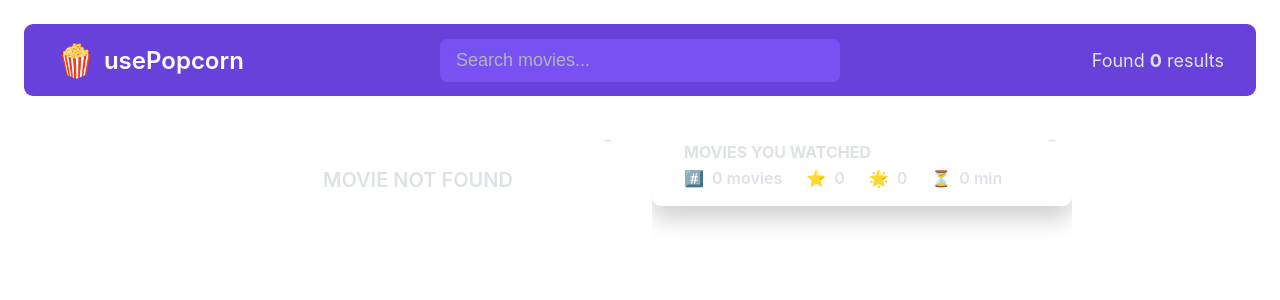
Repository: KRIMOU/usePopCorn
Page: /
An editor plug-in stored every save of this project. The page is shown before and after a run of saves, followed by the edit.
The browser window is 1280 px wide. The pictures show the whole page.
The project was rebuilt for these pictures with package versions that can differ from the ones it lists, and the page was loaded fresh each time. Also part of the build but not shown: src/Movie/Movie.js, src/Star/index.js, src/StarRating/index.js.

Above is the page before, as saved 2024-09-10 22:10:47.

### src/index.js
import React from 'react'
import ReactDOM from 'react-dom/client'
import './index.css'
import App from './App'
import StarRating from './StarRating'

const root = ReactDOM.createRoot(document.getElementById('root'))
root.render(
  <React.StrictMode>
    <App />
  </React.StrictMode>
)

### src/App.js
import { useState, useEffect } from 'react'
import MoviesList from './MoviesList'
import MovieStats from './MovieStats'
import Navbar from './Navbar'
import Button from './Button'
import SearchResults from './SearchResults'
import Search from './Search'
import Movie from './Movie/Movie'

const tempMovieData = [
  {
    imdbID: 'tt1375666',
    Title: 'Inception',
    Year: '2010',
    Poster:
      'https://m.media-amazon.com/images/M/MV5BMjAxMzY3NjcxNF5BMl5BanBnXkFtZTcwNTI5OTM0Mw@@._V1_SX300.jpg',
  },
  {
    imdbID: 'tt0133093',
    Title: 'The Matrix',
    Year: '1999',
    Poster:
      'https://m.media-amazon.com/images/M/MV5BNzQzOTk3OTAtNDQ0Zi00ZTVkLWI0MTEtMDllZjNkYzNjNTc4L2ltYWdlXkEyXkFqcGdeQXVyNjU0OTQ0OTY@._V1_SX300.jpg',
  },
  {
    imdbID: 'tt6751668',
    Title: 'Parasite',
    Year: '2019',
    Poster:
      'https://m.media-amazon.com/images/M/MV5BYWZjMjk3ZTItODQ2ZC00NTY5LWE0ZDYtZTI3MjcwN2Q5NTVkXkEyXkFqcGdeQXVyODk4OTc3MTY@._V1_SX300.jpg',
  },
]

const tempWatchedData = [
  {
    imdbID: 'tt1375666',
    Title: 'Inception',
    Year: '2010',
    Poster:
      'https://m.media-amazon.com/images/M/MV5BMjAxMzY3NjcxNF5BMl5BanBnXkFtZTcwNTI5OTM0Mw@@._V1_SX300.jpg',
    runtime: 148,
    imdbRating: 8.8,
    userRating: 10,
  },
  {
    imdbID: 'tt0088763',
    Title: 'Back to the Future',
    Year: '1985',
    Poster:
      'https://m.media-amazon.com/images/M/MV5BZmU0M2Y1OGUtZjIxNi00ZjBkLTg1MjgtOWIyNThiZWIwYjRiXkEyXkFqcGdeQXVyMTQxNzMzNDI@._V1_SX300.jpg',
    runtime: 116,
    imdbRating: 8.5,
    userRating: 9,
  },
]

export function Box({ children }) {
  const [isOpen1, setIsOpen1] = useState(true)
  return (
    <div className="box">
      <Button onClickFunction={() => setIsOpen1((open) => !open)}>
        {isOpen1 ? '–' : '+'}
      </Button>
      {children}
    </div>
  )
}

export function BoxWatched({ children }) {
  const [isOpen2, setIsOpen2] = useState(true)

  return (
    <div className="box">
      <Button onClickFunction={() => setIsOpen2((open) => !open)}>
        {isOpen2 ? '–' : '+'}
      </Button>
      {isOpen2 && <>{children}</>}
    </div>
  )
}

export function Main({ children }) {
  return <main className="main">{children}</main>
}

const KEY = '12c1fdba'
export default function App() {
  const [query, setQuery] = useState('')
  const [movies, setMovies] = useState([])
  const [watched, setWatched] = useState([])
  const [isLoading, setIsLoading] = useState(false)
  const [error, setError] = useState(false)
  const [selectedId, setSelectedId] = useState(null)

  /**
   * Adds a movie to the watched list.
   * @param {object} movie The movie to add.
   */
  const handleAddWatched = (movie) => {
    setWatched((prevWatched) => [...prevWatched, movie])
  }

  /**
   * Fetches movies from the OMDB API based on a query string.
   * @return {Promise<void>} A promise that resolves when the movies have been fetched and set, or rejects if an error occurs.
   */
  useEffect(() => {
    async function fetchMovies() {
      setIsLoading(true)
      try {
        setError(null)
        const res = await fetch(
          `http://www.omdbapi.com/?i=tt3896198&apikey=${KEY}&s=${query}`
        )
        if (!res.ok) {
          console.log('Movie not found')
          throw new Error('Movie not found')
        }
        const data = await res.json()
        if (data.Response === 'False') {
          throw new Error('Movie not found')
        }
        setMovies(data.Search) //setMovies(data)
      } catch (err) {
        setError(true)
      } finally {
        setIsLoading(false)
      }
    }
    if (query === '') {
      setMovies([])
      setError(true)
      return
    }
    fetchMovies()
  }, [query])
  /**
   * Filters the movies based on the user input.
   * @param {string} query The user input.
   */
  const onTypeMovies = (query) => {
    if (query) {
      const filteredMovies = tempMovieData.filter((movie) => {
        return movie.Title.toLowerCase().includes(query.toLowerCase())
      })
      setMovies(filteredMovies)
    } else {
      setMovies(tempMovieData)
    }
  }

  return (
    <>
      <Navbar>
        <Search query={query} setQuery={setQuery} />
        <SearchResults movies={movies} />
      </Navbar>
      <Main watched={watched}>
        <Box>
          {/* Display a loader while the movies are being fetched. */}
          {isLoading && <Loader />}
          {/* Display the movies list if there are movies and there is no error. */}
          {!isLoading && !error && (
            <MoviesList movies={movies} setSelectedId={setSelectedId} />
          )}
          {/* Display an error message if there is an error. */}
          {error && <Error message="Movie not found" />}
        </Box>
        <BoxWatched>
          {/* Display the movie details if a movie is selected. */}
          {selectedId ? (
            <MoviesDetails
              selectedId={selectedId}
              setSelectedId={setSelectedId}
              onAddWatched={handleAddWatched}
            />
          ) : (
            <>
              {/* Display the watched movies list if there are watched movies. */}
              <MovieStats watched={watched} />

              <WatchedMoviesList movies={watched} />
            </>
          )}
        </BoxWatched>
      </Main>
    </>
  )
}

function Loader() {
  return <p className="loader">Loading...</p>
}

function MoviesDetails({ selectedId, setSelectedId, onAddWatched }) {
  const [movie, setMovie] = useState({})
  const {
    Title: title,
    Year: year,
    Poster: poster,
    Runtime: runtime,
    ImdbRating: imdbRating,
    Plot: plot,
    Released: released,
  } = movie

  useEffect(
    function () {
      async function fetchMovie() {
        const res = await fetch(
          `http://www.omdbapi.com/?apikey=${KEY}&i=${selectedId}`
        )
        const data = await res.json()
        setMovie(data)
      }

      fetchMovie()
    },
    [selectedId]
  )

  const handleAddWatched = (movie) => {
    const newWatched = {
      imdbID: selectedId,
      title,
      year,
      poster,
      imdbRating: Number(imdbRating),
      runtime: Number(runtime.split(' ')[0]),
    }
    console.log(newWatched)
    onAddWatched(newWatched)
  }

  return (
    <div id="details">
      <header>
        <button className="btn-back">&larr;</button>
        <img src={poster} alt="" />
        <div className="details-overview">
          <button
            className="btn-add"
            onClick={(movie) => handleAddWatched(movie)}
          />
          <h2>{title}</h2>
          <p>{released} &bull</p>
        </div>
      </header>{' '}
      <button className="btn-back" onClick={() => setSelectedId(null)}>
        &larr;
      </button>
      {selectedId}
    </div>
  )
}

function Error({ message }) {
  return <p className="loader">{message}</p>
}

function WatchedMoviesList({ movies }) {
  return (
    <ul className="list list-movies">
      {movies?.map((movie) => (
        <Movie
          key={movie.imdbID}
          movie={movie}
          clickMovie={() => console.log(movie)}
        />
      ))}
    </ul>
  )
}

### src/MoviesList/index.js
import React from 'react'
import Movie from '../Movie/Movie'

export default function MoviesList({ movies, setSelectedId }) {
  const clickMovie = (movie) => {
    console.log(movie)
    setSelectedId(movie.imdbID)
  }
  return (
    <>
      <ul className="list list-movies">
        {movies?.map((movie) => (
          <Movie
            key={movie.imdbID}
            movie={movie}
            clickMovie={(movie) => clickMovie(movie)}
          />
        ))}
      </ul>
    </>
  )
}

### src/MovieStats/index.js
import React from 'react'
const average = (arr) =>
  arr.reduce((acc, cur, i, arr) => acc + cur / arr.length, 0)

export default function MovieStats({ watched }) {
  const avgImdbRating = average(watched.map((movie) => movie.imdbRating))
  const avgUserRating = average(watched.map((movie) => movie.userRating))
  const avgRuntime = average(watched.map((movie) => movie.runtime))

  return (
    <div className="summary">
      <h2>Movies you watched</h2>
      <div>
        <p>
          <span>#️⃣</span>
          <span>{watched.length} movies</span>
        </p>
        <p>
          <span>⭐️</span>
          <span>{avgImdbRating}</span>
        </p>
        <p>
          <span>🌟</span>
          <span>{avgUserRating}</span>
        </p>
        <p>
          <span>⏳</span>
          <span>{avgRuntime} min</span>
        </p>
      </div>
    </div>
  )
}

### src/Navbar/index.js
import React from 'react'
import Search from '../Search'
import Logo from '../Logo'
import SearchResults from '../SearchResults'

export default function Navbar({ children }) {
  return (
    <nav className="nav-bar">
      <Logo />
      {children}
    </nav>
  )
}

### src/Button/index.js
import React from 'react'

export default function Button({ children, onClickFunction }) {
  return (
    <button
      className="btn-toggle"
      onClick={() => onClickFunction((open) => !open)}>
      {children}
    </button>
  )
}

### src/SearchResults/index.js
import React from 'react'

export default function SearchResults({ movies }) {
  return (
    <p className="num-results">
      Found <strong>{movies.length}</strong> results
    </p>
  )
}

### src/Search/index.js
import React, { useState } from 'react'

export default function Search({ query, setQuery }) {
  return (
    <input
      className="search"
      type="text"
      placeholder="Search movies..."
      value={query}
      onChange={(e) => {
        setQuery(e.target.value)
      }}
    />
  )
}

### src/Logo/index.js
import React from 'react'

export default function Logo() {
  return (
    <div className="logo">
      <span role="img">🍿</span>
      <h1>usePopcorn</h1>
    </div>
  )
}

Loaded but not shown: public/index.html (common file); src/index.css (common file)

After the next 3 saves:
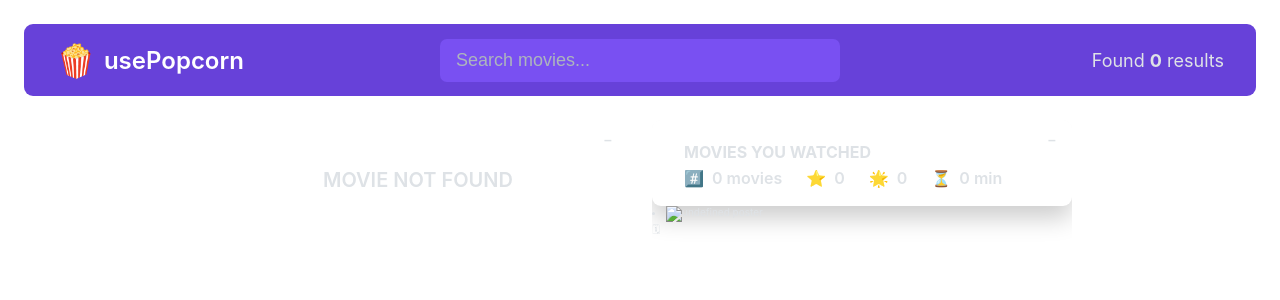
The 3 saves are shown as one change because 2 did not build or start.
The last was saved 3 min 5 s later.
--- a/src/App.js
+++ b/src/App.js
@@ -179,7 +179,7 @@
               {/* Display the watched movies list if there are watched movies. */}
               <MovieStats watched={watched} />
 
-              <WatchedMoviesList movies={watched} />
+              <WatchedMoviesList movie={watched} />
             </>
           )}
         </BoxWatched>
@@ -258,16 +258,33 @@
   return <p className="loader">{message}</p>
 }
 
-function WatchedMoviesList({ movies }) {
-  return (
-    <ul className="list list-movies">
-      {movies?.map((movie) => (
-        <Movie
-          key={movie.imdbID}
-          movie={movie}
-          clickMovie={() => console.log(movie)}
-        />
-      ))}
-    </ul>
-  )
-}
+function WatchedMoviesList({ movie }) {
+  return (
+    <li key={movie.imdbID}>
+      <img src={movie.poster} alt={`${movie.title} poster`} />
+      <h3>{movie.title}</h3>
+      {movie.imdbRating && movie.userRating && movie.runtime && (
+        <div>
+          <p>
+            <span>⭐️</span>
+            <span>{movie.imdbRating}</span>
+          </p>
+          <p>
+            <span>🌟</span>
+            <span>{movie.userRating}</span>
+          </p>
+          <p>
+            <span>⏳</span>
+            <span>{movie.runtime} min</span>
+          </p>
+        </div>
+      )}
+      <div>
+        <p>
+          <span>🗓</span>
+          <span>{movie.Year}</span>
+        </p>
+      </div>
+    </li>
+  )
+}

After the 2 saves that followed:
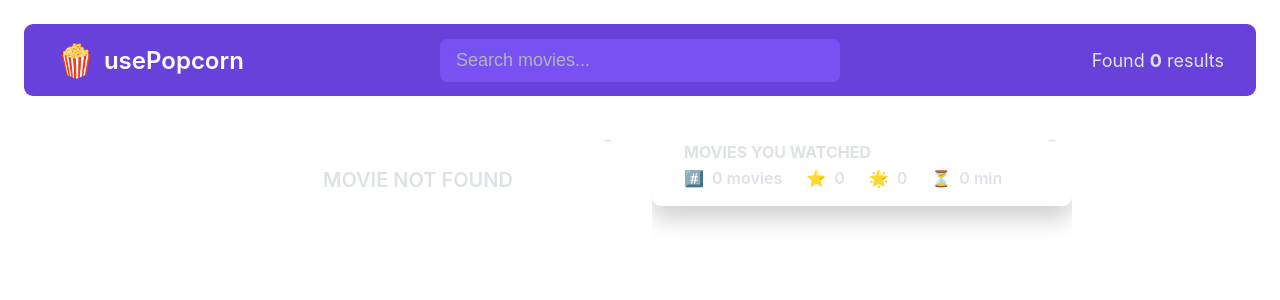
The 2 saves are shown as one change because 1 did not build or start.
The last was saved 5 min 21 s later.
--- a/src/App.js
+++ b/src/App.js
@@ -179,7 +179,7 @@
               {/* Display the watched movies list if there are watched movies. */}
               <MovieStats watched={watched} />
 
-              <WatchedMoviesList movie={watched} />
+              <WatchedMoviesList movies={watched} />
             </>
           )}
         </BoxWatched>
@@ -258,33 +258,36 @@
   return <p className="loader">{message}</p>
 }
 
-function WatchedMoviesList({ movie }) {
-  return (
-    <li key={movie.imdbID}>
-      <img src={movie.poster} alt={`${movie.title} poster`} />
-      <h3>{movie.title}</h3>
-      {movie.imdbRating && movie.userRating && movie.runtime && (
+function WatchedMoviesList({ movies }) {
+  return (
+    movies.length > 0 &&
+    movies.foreach((movie) => {
+      ;<li onClick={() => clickMovie(movie)} key={movie.imdbID}>
+        <img src={movie.Poster} alt={`${movie.Title} poster`} />
+        <h3>{movie.Title}</h3>
+        {movie.imdbRating && movie.userRating && movie.runtime && (
+          <div>
+            <p>
+              <span>⭐️</span>
+              <span>{movie.imdbRating}</span>
+            </p>
+            <p>
+              <span>🌟</span>
+              <span>{movie.userRating}</span>
+            </p>
+            <p>
+              <span>⏳</span>
+              <span>{movie.runtime} min</span>
+            </p>
+          </div>
+        )}
         <div>
           <p>
-            <span>⭐️</span>
-            <span>{movie.imdbRating}</span>
-          </p>
-          <p>
-            <span>🌟</span>
-            <span>{movie.userRating}</span>
-          </p>
-          <p>
-            <span>⏳</span>
-            <span>{movie.runtime} min</span>
+            <span>🗓</span>
+            <span>{movie.Year}</span>
           </p>
         </div>
-      )}
-      <div>
-        <p>
-          <span>🗓</span>
-          <span>{movie.Year}</span>
-        </p>
-      </div>
-    </li>
-  )
-}
+      </li>
+    })
+  )
+}
